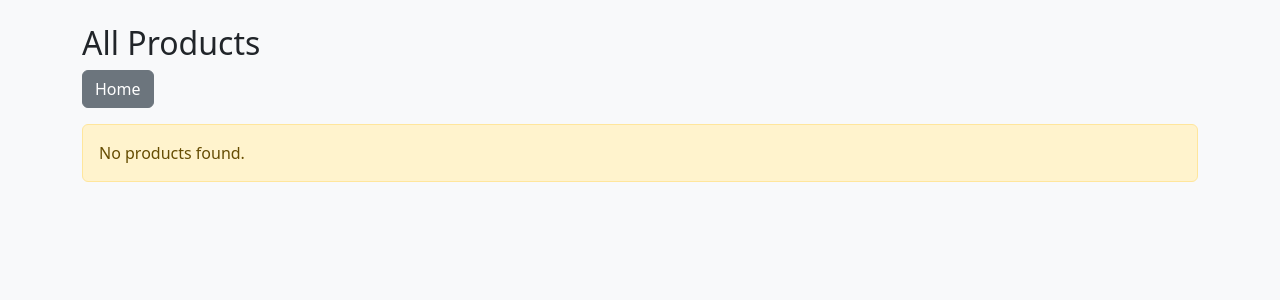
Repository: srushtinb/ProductManagementSystem
Page: http://localhost/ProductManagementSystem/displayProducts
The author's editor kept a copy of each file at every save. The page is drawn from the files as they stood at one save, then again after the next save.
The browser window is 1280 px wide. The pictures show the whole page.
Some web libraries are served in a nearby version. The page is served by Tomcat 9. Other server files are loaded and not shown. Queries for data that is not in the repository find no rows.

Above is the page before, as saved 2025-05-27 08:47:01.

### ProductManagementSystem/src/main/webapp/productdisplay.jsp
<%@ page contentType="text/html;charset=UTF-8" language="java" %>
<%@ page import="java.util.List" %>
<%@ page import="com.model.Product" %>
<!DOCTYPE html>
<html lang="en">
<head>
    <title>All Products</title>
    <link href="https://cdn.jsdelivr.net/npm/bootstrap@5.4.3/dist/css/bootstrap.min.css" rel="stylesheet">
</head>
<body class="bg-light">
<div class="container py-4">
    <h2>All Products</h2>
    <a href="index.jsp" class="btn btn-secondary mb-3">Home</a>
    <%
        List<Product> products = (List<Product>) request.getAttribute("products");
        if(products == null || products.isEmpty()) {
    %>
        <div class="alert alert-warning">No products found.</div>
    <% } else { %>
        <table class="table table-bordered table-striped table-hover">
            <thead class="table-dark">
            <tr>
                <th>Product ID</th><th>Name</th><th>Category</th><th>Price ($)</th><th>Quantity</th>
            </tr>
            </thead>
            <tbody>
            <% for(Product p : products) { %>
                <tr>
                    <td><%= p.getProductID() %></td>
                    <td><%= p.getProductName() %></td>
                    <td><%= p.getCategory() %></td>
                    <td><%= String.format("%.2f", p.getPrice()) %></td>
                    <td><%= p.getQuantity() %></td>
                </tr>
            <% } %>
            </tbody>
        </table>
    <% } %>
</div>
</body>
</html>

### ProductManagementSystem/src/main/java/com/servlet/DisplayProductsServlet.java
package com.servlet;

import com.dao.ProductDAO;
import com.model.Product;

import javax.servlet.ServletException;
import javax.servlet.annotation.WebServlet;
import javax.servlet.http.*;
import java.io.IOException;
import java.util.List;

@WebServlet("/displayProducts")
public class DisplayProductsServlet extends HttpServlet {
    private static final long serialVersionUID = 1L;
    private ProductDAO productDAO;

    public void init() {
        productDAO = new ProductDAO();
    }

    protected void doGet(HttpServletRequest request, HttpServletResponse response) throws ServletException, IOException {
        List<Product> list = productDAO.selectAllProducts();
        request.setAttribute("products", list);
        request.getRequestDispatcher("productdisplay.jsp").forward(request, response);
    }
}

After the next save:
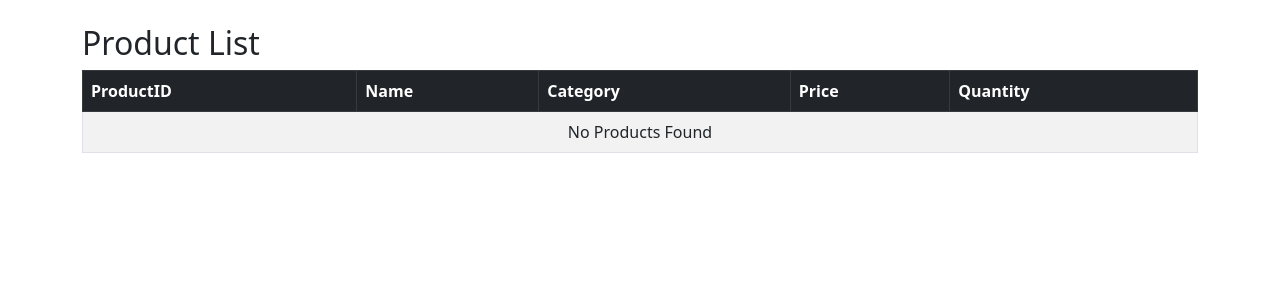
Saved 12 s later.
--- a/ProductManagementSystem/src/main/webapp/productdisplay.jsp
+++ b/ProductManagementSystem/src/main/webapp/productdisplay.jsp
@@ -1,41 +1,49 @@
-<%@ page contentType="text/html;charset=UTF-8" language="java" %>
-<%@ page import="java.util.List" %>
-<%@ page import="com.model.Product" %>
+<%@ page language="java" contentType="text/html; charset=UTF-8" pageEncoding="UTF-8"%>
+<%@ page import="java.util.List,com.model.Product" %>
+<%
+    @SuppressWarnings("unchecked")
+    List<Product> products = (List<Product>) request.getAttribute("products");
+%>
 <!DOCTYPE html>
-<html lang="en">
+<html>
 <head>
-    <title>All Products</title>
-    <link href="https://cdn.jsdelivr.net/npm/bootstrap@5.4.3/dist/css/bootstrap.min.css" rel="stylesheet">
+<meta charset="UTF-8">
+<title>Product List</title>
+<link href="https://cdn.jsdelivr.net/npm/bootstrap@5.3.0/dist/css/bootstrap.min.css" rel="stylesheet">
 </head>
-<body class="bg-light">
-<div class="container py-4">
-    <h2>All Products</h2>
-    <a href="index.jsp" class="btn btn-secondary mb-3">Home</a>
-    <%
-        List<Product> products = (List<Product>) request.getAttribute("products");
-        if(products == null || products.isEmpty()) {
-    %>
-        <div class="alert alert-warning">No products found.</div>
-    <% } else { %>
-        <table class="table table-bordered table-striped table-hover">
-            <thead class="table-dark">
+<body>
+<div class="container mt-4">
+    <h2>Product List</h2>
+    <table class="table table-bordered table-striped">
+        <thead class="table-dark">
             <tr>
-                <th>Product ID</th><th>Name</th><th>Category</th><th>Price ($)</th><th>Quantity</th>
+                <th>ProductID</th>
+                <th>Name</th>
+                <th>Category</th>
+                <th>Price</th>
+                <th>Quantity</th>
             </tr>
-            </thead>
-            <tbody>
-            <% for(Product p : products) { %>
-                <tr>
-                    <td><%= p.getProductID() %></td>
-                    <td><%= p.getProductName() %></td>
-                    <td><%= p.getCategory() %></td>
-                    <td><%= String.format("%.2f", p.getPrice()) %></td>
-                    <td><%= p.getQuantity() %></td>
-                </tr>
+        </thead>
+        <tbody>
+            <%
+                if (products != null && !products.isEmpty()) {
+                    for (Product p : products) {
+            %>
+            <tr>
+                <td><%=p.getProductID()%></td>
+                <td><%=p.getProductName()%></td>
+                <td><%=p.getCategory()%></td>
+                <td><%=p.getPrice()%></td>
+                <td><%=p.getQuantity()%></td>
+            </tr>
+            <%
+                    }
+                } else {
+            %>
+            <tr><td colspan="5" class="text-center">No Products Found</td></tr>
             <% } %>
-            </tbody>
-        </table>
-    <% } %>
+        </tbody>
+    </table>
 </div>
 </body>
 </html>
